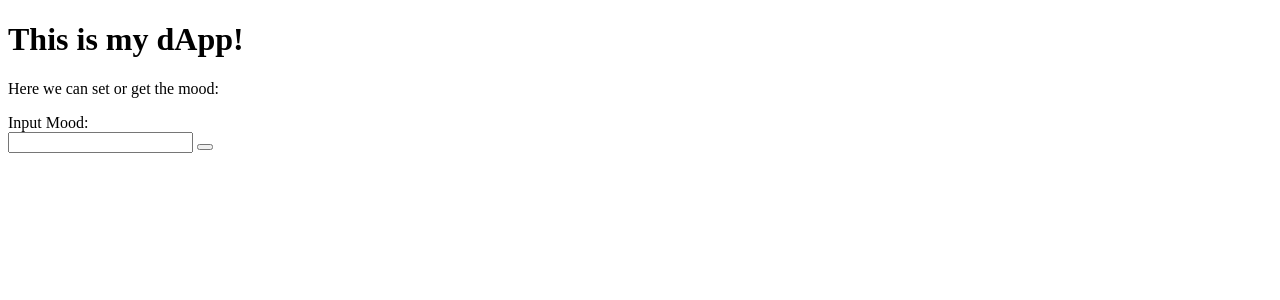
Repository: Sagar30601/MoodDapp
Page: index.html
The author's editor kept a copy of each file at every save. The page is drawn from the files as they stood at one save, then again after the next save.
The browser window is 1280 px wide. The pictures show the whole page.

Above is the page before, as saved 2022-04-18 18:33:32.

### index.html
<!DOCTYPE html>
<html lang="en">
<head>
    <meta charset="UTF-8">
    <meta http-equiv="X-UA-Compatible" content="IE=edge">
    <meta name="viewport" content="width=device-width, initial-scale=1.0">
    <title>My first dApps</title>
</head>
<body>
    <div>
        <h1>This is my dApp!</h1>
        <p>Here we can set or get the mood:</p>
        <label for="mood">Input Mood:</label><br>
        <input type="text" id="mood">
        <button onclick="getMood()"></button>
    </div>
</body>
</html>

After the next save:
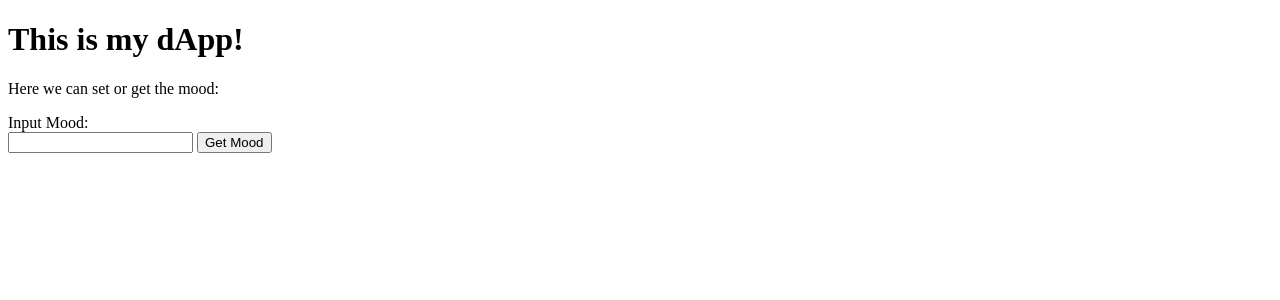
Saved 8 s later.
--- a/index.html
+++ b/index.html
@@ -12,7 +12,7 @@
         <p>Here we can set or get the mood:</p>
         <label for="mood">Input Mood:</label><br>
         <input type="text" id="mood">
-        <button onclick="getMood()"></button>
+        <button onclick="getMood()">Get Mood</button>
     </div>
 </body>
 </html>
